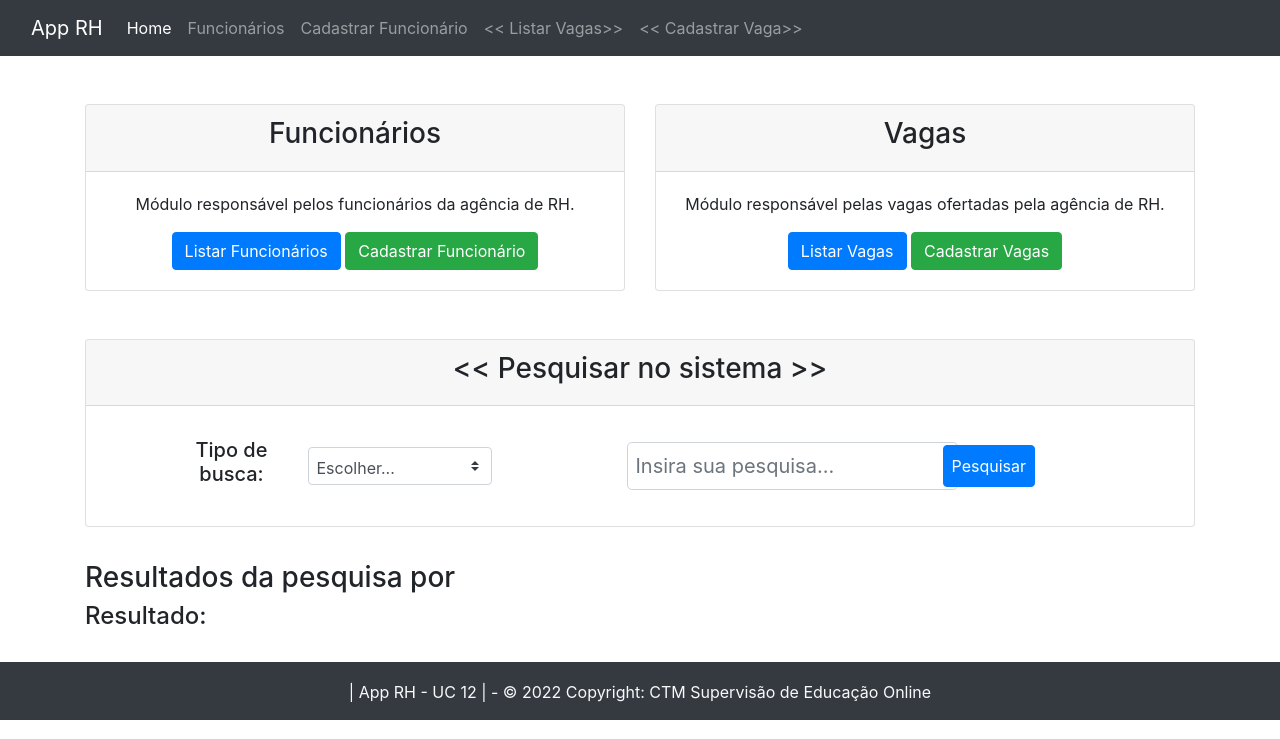
Repository: FilosoDev/SPRING-BOOT-testes
Page: http://localhost/index
An editor plug-in stored every save of this project. The page is shown before and after the next save, followed by the edit.
The browser window is 1280 px wide. The pictures show the whole page.
The page is this project's Thymeleaf template; nobody is signed in. The template is opened directly, without the code that normally fills it, so the values that code supplies are empty.

Above is the page before, as saved 2021-11-23 17:57:50.
Console error: TypeError: Cannot read properties of undefined (reading 'fn')

After the next save:
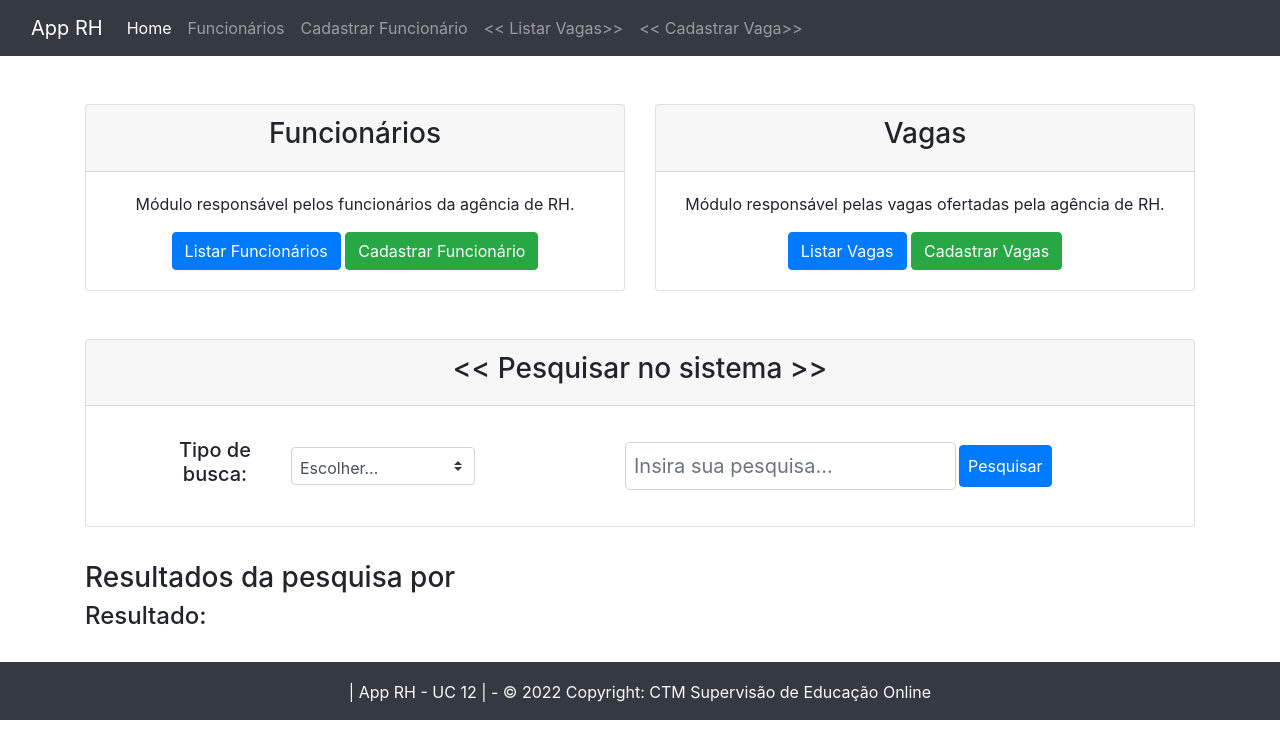
Saved 21 s later.
--- a/AppRH/AppRH/src/main/resources/templates/index.html
+++ b/AppRH/AppRH/src/main/resources/templates/index.html
@@ -124,7 +124,7 @@
 
 						</div>
 
-							<div class="row">
+							<div class="row  col-14 col-md-4">
 
 								<input
 									class="form-control form-control-lg my-3 p-2"
